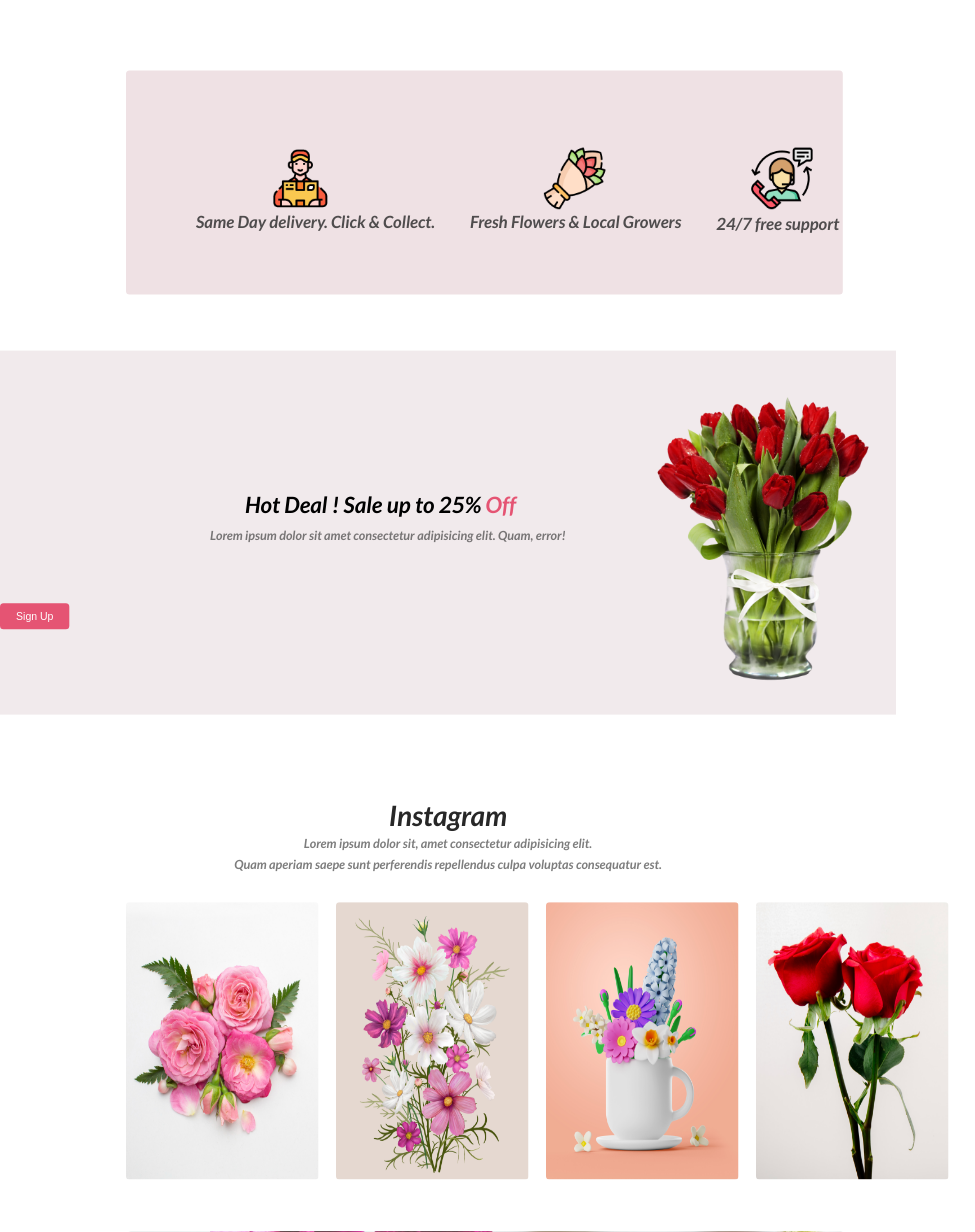
Repository: AnitaAkter/anita-flower-shop
Page: index.html
These files come from the project's save history. The page is drawn as it stood at one moment and after the next save; the edit follows.
The browser window is 1280 px wide. The page is 1393 px wide, so the pictures cover 1393 px, including what lies to the right of the window. The pictures show the part of the page from y = 1687 to 3447 px (the page is 3766 px tall), at 70% of full size.

Above is the page before, as saved 2023-09-06 20:36:21.

### index.html
<!DOCTYPE html>
<html lang="en">

<head>
    <meta charset="UTF-8">
    <meta http-equiv="X-UA-Compatible" content="IE=edge">
    <meta name="viewport" content="width=device-width, initial-scale=1.0">
    <title>Anita's Flower Shop</title>
    <link rel="preconnect" href="https://fonts.googleapis.com">
    <link rel="preconnect" href="https://fonts.gstatic.com" crossorigin>
    <link href="https://fonts.googleapis.com/css2?family=Lato:ital,wght@1,700&display=swap" rel="stylesheet">
    <link rel="stylesheet" href="style.css">
</head>

<body>
    <div>
        <!-- /* Header -section start */ -->
        <header>
            <div class="header-intro">
                <h1>Let's make <br> beautiful Flowers a <br>part of your Life.</h1>
                <div class="header-p">
                    <p>Lorem ipsum dolor sit amet consectetur adipisicing elit. Vitae fugit dolorum deleniti, quae ea
                        error
                        iste rerum mollitia animi architecto. Distinctio voluptates doloribus commodi ipsum unde facere
                        assumenda corrupti cum!</p>
                </div>
                <button class="header-btn">Shop Now</button>
            </div>
            <div class="header-pic">
                <img src="images/pngwing 6.png" alt="">
            </div>
        </header>
        <!-- /* Header -section end */ -->
        <main>
            <div class="flowers-info">
                <h3>Our Featured Flowers</h3>
                <p>Lorem ipsum dolor sit, amet consectetur adipisicing elit. <br>
                    Quam aperiam saepe sunt perferendis repellendus culpa voluptas consequatur est.
                </p>
            </div>
            <div class="flowers-add">
                <div class="flowers-img">
                    <div class="flowers">
                        <img src="images/pngwing 6.png" alt="">
                        <p> <u>Pink Flower Tree</u> </p>
                    </div>
                    <div class="flowers">
                        <img src="images/pngwing 5.png" alt="">
                        <p><u>Pink Flower Tree</u></p>
                    </div>
                    <div class="flowers">
                        <img src="images/pngwing 7.png" alt="">
                        <p><u>Pink Flower Tree</u></p>
                    </div>

                </div>
            </div>






            <!-- Delivery section start -->
            <div class="delivery">
                <div class="delivery-img">
                    <div class="d-img">
                        <img src="images/Group 57.png" alt="">
                        <p>Same Day delivery. Click & Collect.</p>
                    </div>
                    <div class="d-img">
                        <img src="images/Group 58.png" alt="">
                        <p>Fresh Flowers & Local Growers</p>
                    </div>
                    <div>
                        <img src="images/Group 59.png" alt="">
                        <p>24/7 free support</p>
                    </div>
                </div>
            </div>
            <!-- Delivery section end -->

            <div class="add-sec">
                <div class="add-info">
                    <h1>Hot Deal ! Sale up to 25% <span class="text-primary">Off</span></h1>
                    <p class="header-p">Lorem ipsum dolor sit amet consectetur adipisicing elit. Quam, error!</p>
                    <div class="add-btnv" >
                        <button class="add-btn">Sign Up</button>
                    </div>
                </div>
                <div class="add-img">
                    <img src="images/pngwing 8.png" alt="">
                </div>
            </div>
















            <div class="flowers-info">
                <h3>Instagram</h3>
                <p>Lorem ipsum dolor sit, amet consectetur adipisicing elit. <br>
                    Quam aperiam saepe sunt perferendis repellendus culpa voluptas consequatur est.
                </p>
            </div>
            <div class="insta-img">
                <img src="images/Flower 01.png" alt="">
                <img src="images/Rectangle 4.png" alt="">
                <img src="images/Rectangle 5.png" alt="">
                <img src="images/Rectangle 6.png" alt="">
            </div>
        </main>
        <footer>
            <div class="footer-column">
                <div class="footer-title">
                    <h2 class="f">Get the latest Deals</h2>
                    <p>$30 coupon for first shopping</p>
                </div>
                <div class="form">
                    <form action=""><input class="input-form" type="text" placeholder="       Enter Your email Here">
                    </form>
                    <button class="header-btn">Subscribe</button>
                </div>

            </div>
        </footer>

    </div>
</body>

</html>

### style.css
/* Header -section start */

* {
    margin: 0;
    padding: 0;
    box-sizing: border-box;
}

body {
    font-family: 'Lato', sans-serif;
    font-weight: 900;
    width: 100%;
}

header {
    display: flex;
    background-color: hsl(342, 34%, 89%);
    width: 100%;
    height: 800px;
}

.header-intro {
    margin-top: 80px;
    margin-left: 50px;
    width: 708px;
    height: 506px;


}

.header-intro h1 {
    color: #272727;
    text-shadow: 0px 4px 4px rgba(0, 0, 0, 0.25);
    font-family: Lato;
    font-size: 80px;
    font-style: normal;
    font-weight: 800;
    line-height: normal;
    width: 708px;
    height: 310px;


}

.header-p {
    color: rgba(39, 39, 39, 0.60);
    font-family: Lato;
    font-size: 18px;
    font-style: normal;
    font-weight: 400;
    line-height: 30px;
    width: 634px;
    height: 120px;
    gap: 32px;



    /* 166.667% */
}

.header-btn {
    background-color: #E55473;
    border-radius: 5px;
    border: none;
    color: white;
    font-size: 15px;
    display: inline-flex;
    padding: 20px 43px;
    align-items: flex-start;
    gap: 10px;

}

.header-pic {
    width: 635px;
    height: 800px;
    margin-bottom: 0%;
    margin-right: auto;

}


.header-pic img {
    width: 635px;
    height: 800px;
    margin-bottom: 0%;
}

/* Header -section end */



/* flowers info styles */
.flowers-info {
    margin-top: 120px;
}

.flowers-info h3 {
    color: #272727;
    text-align: center;
    font-family: Lato;
    font-size: 40px;
    font-style: normal;
    font-weight: 800;
    line-height: normal;
}

.flowers-info p {
    color: rgba(39, 39, 39, 0.60);
    text-align: center;
    font-family: Lato;
    font-size: 18px;
    font-style: normal;
    font-weight: 400;
    line-height: 30px;
    /* 166.667% */
}


.flowers-add {
    margin-top: 80px;
    align-items: center;
    margin-bottom: 200px;
    margin-left: 180px;
    margin-right: 140px;
    width: 80%;
    height: 480px;
    gap: 54px;


}

.flowers-img {
    display: flex;
    align-items: center;
    gap: 50px;
    width: 464px;
    height: 538px;



}

.flowers-img img {

    background-image: url('/images/Rectangle\ 3\ \(1\).png');
    background-position: center;
    border-radius: 300px 300px 0px 0px;
    background: rgba(139, 24, 81, 0.15);
    height: 408px;
    width: 464px;
}

.flowers-img p {
    color: rgba(0, 0, 0, 0.951);

    font-family: Lato;
    font-size: 24px;
    font-style: normal;
    font-weight: 600;
    line-height: 35px;
    margin-left: 133px;
}

.flowers {

    width: 310px;
    height: 428px;
    justify-content: space-between;
    gap: 40px;



}






/* delivery section start */
.delivery {
    margin-top: 100px;
    margin-left: 180px;
    margin-right: 140px;
    background-color: #efe1e4;
    display: flex;
    width: 80%;
    height: 320px;
    border-radius: 5px;
    padding: 30px;
}

.delivery-img p {
    color: rgba(39, 39, 39, 0.80);

    font-family: Lato;
    font-size: 24px;
    font-style: normal;
    font-weight: 600;
    line-height: 35px;
    margin-left: -50px;


}

.delivery-img {
    display: inline-flex;
    margin-top: 80px;
    margin-left: 120px;
    gap: 100px;
    height: 30px;
    align-content: center;
    position: absolute;

}

.d-img img {
    display: grid;
    justify-content: center;
    margin-left: 55px;

}

/* delivery section end */

.text-primary {
    color: #E55473;
}

.add-sec {
    margin-top: 80px;
    width: 100%;
    height: 520px;
    background-color: #f1eaec;
    display: inline-flex;
}

.add-info h1 {
    margin-top: 200px;
    margin-left: 350px;
}

.add-info p {
    margin-top: 10px;
    margin-left: 300px;

}



.add-btn {
    background-color: #E55473;
    border-radius: 5px;
    border: none;
    color: white;
    font-size: 15px;

    padding: 10px 23px;

    align-items: center;
    text-align: center;
    margin-top: -100px;

}

.add-img {
    width: 218px;
    height: 110px;
    position: center;
    margin-top: 60px;
}




.insta-img {
    display: flex;
    margin-top: 40px;
    gap: 25px;
    margin-left: 180px;
    margin-right: 140px;
    height: 320px;
    width: 70%;
}

.insta-img img {
    width: 275px;
    height: 396px;
    border-radius: 5px;
}


.footer-column {
    background-image: url('images/Rectangle\ 9.png');
    margin-top: 150px;
    width: 80%;
    height: 320px;
    border-radius: 3px;
    margin-left: 180px;
    margin-right: 140px;
}



.footer-title {
    text-align: center;
    padding-top: 80px;
    align-items: center;

}



.footer-title p {
    color: rgb(91, 87, 87);
    padding-top: 10px;
}

.form {
    display: flex;
    margin-left: 287px;
    gap: 50px;
    padding-top: 40px;

}

.input-form {
    width: 550px;
    height: 60px;
    border-radius: 3px;
    border: none;
}

After the next save:
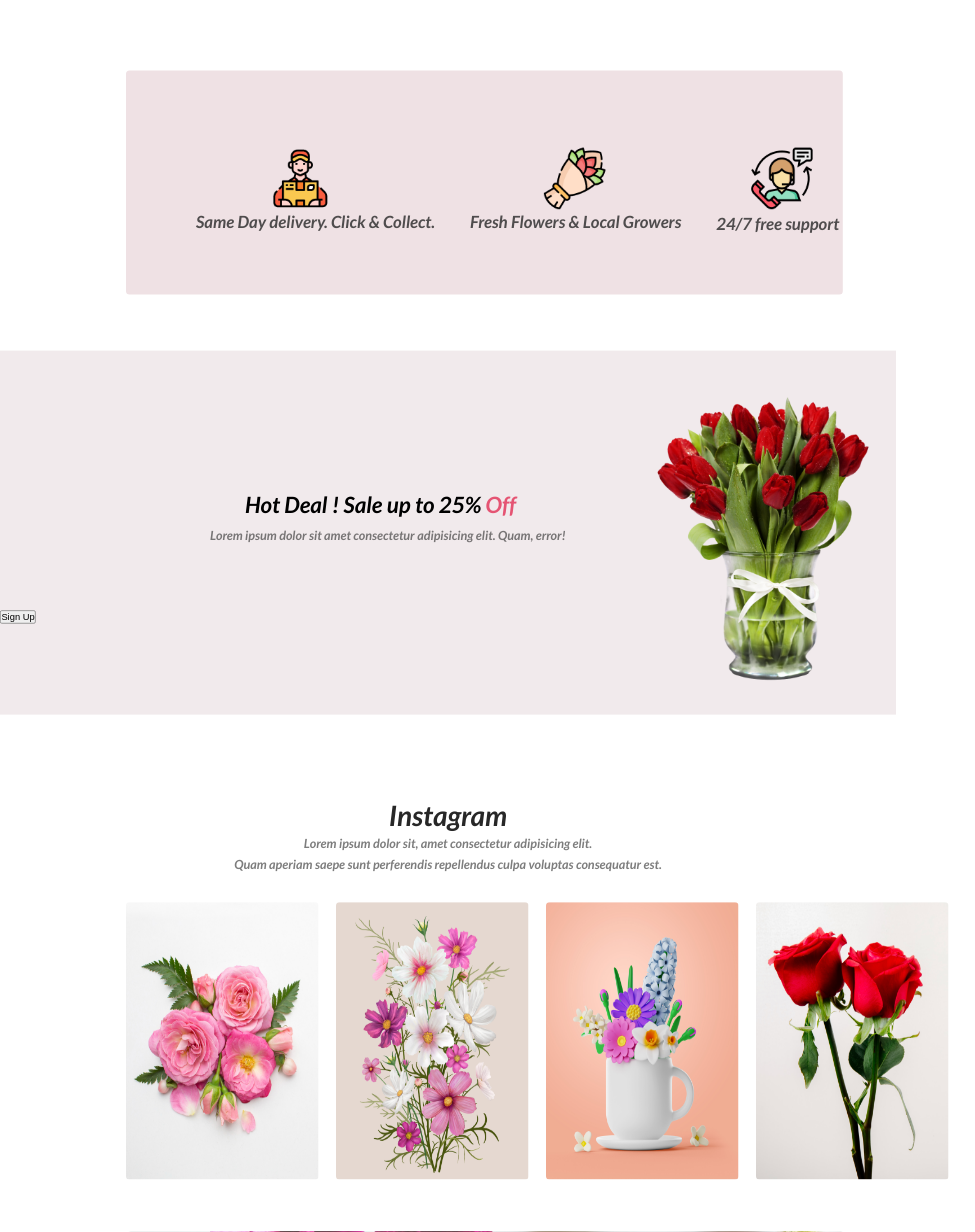
Saved 6 s later.
--- a/style.css
+++ b/style.css
@@ -247,7 +247,7 @@
 
 }
 
-
+add-btnv
 
 .add-btn {
     background-color: #E55473;

After the 2 saves that followed:
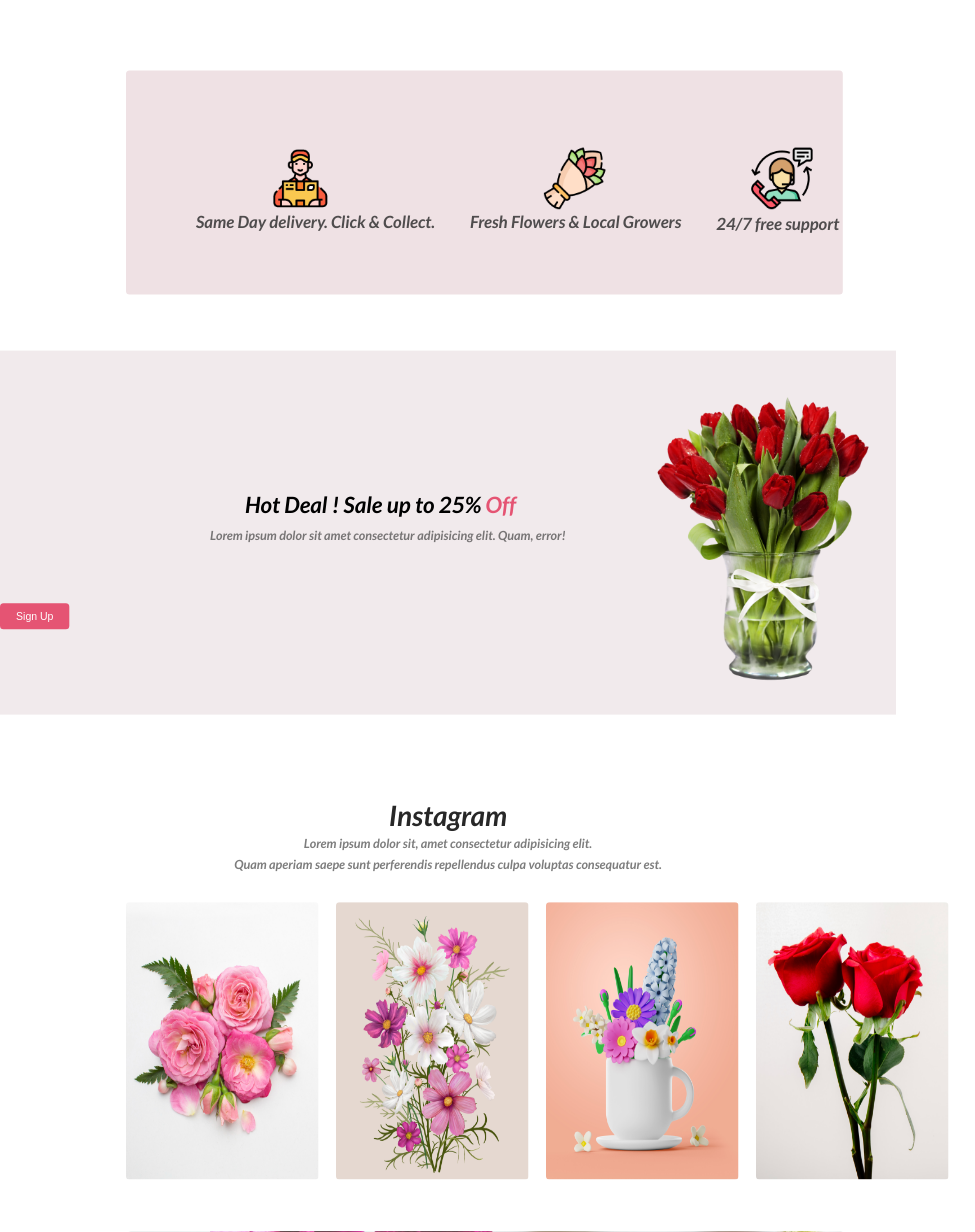
The 2 saves are shown as one change because they came seconds apart.
The last was saved 7 s later.
--- a/style.css
+++ b/style.css
@@ -247,7 +247,9 @@
 
 }
 
-add-btnv
+.add-btnv{
+
+}
 
 .add-btn {
     background-color: #E55473;
